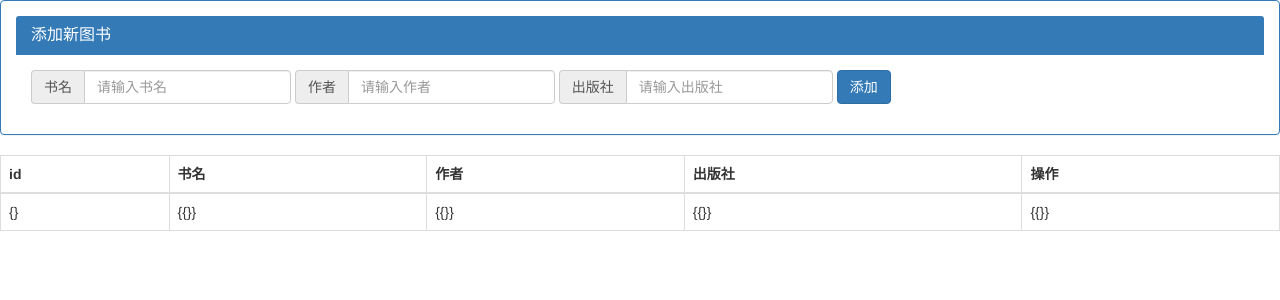
Repository: R1Deemo/ajax
Page: 图书管理.html
The author's editor kept a copy of each file at every save. The page is drawn from the files as they stood at one save, then again after the next save.
The browser window is 1280 px wide. The pictures show the whole page.
The page's requests for data from a server got no answer.

Above is the page before, as saved 2022-10-24 20:13:48.

### 图书管理.html
<!DOCTYPE html>
<html lang="en">

<head>
    <meta charset="UTF-8">
    <meta http-equiv="X-UA-Compatible" content="IE=edge">
    <meta name="viewport" content="width=device-width, initial-scale=1.0">
    <title>Document</title>
    <link rel="stylesheet" href="./lib/bootstrap.css">
    <script src="./lib/jquery.js"></script>
    <script src="./lib/vue.js"></script>
    <style>
        .panel {
            padding: 15px;
        }
    </style>

</head>

<body>
    <div id="main">
        <div class="panel panel-primary">
            <div class="panel-heading">
                <h3 class="panel-title">添加新图书</h3>
            </div>
            <div class="panel-body form-inline">


                <div class="input-group">
                    <div class="input-group-addon">书名</div>
                    <input type="text" class="form-control" id="exampleInputAmount" placeholder="请输入书名">
                </div>
                <div class="input-group">
                    <div class="input-group-addon">作者</div>
                    <input type="text" class="form-control" id="exampleInputAmount" placeholder="请输入作者">
                </div>
                <div class="input-group">
                    <div class="input-group-addon">出版社</div>
                    <input type="text" class="form-control" id="exampleInputAmount" placeholder="请输入出版社">
                </div>
                <button id="btnAdd" class="btn btn-primary">添加</button>
            </div>
        </div>

        <table class="table table-bordered table-hover">
            <thead>
                <tr>
                    <th>id</th>
                    <th>书名</th>
                    <th>作者</th>
                    <th>出版社</th>
                    <th>操作</th>
                </tr>
            </thead>
            <tbody>
                <tr v-for="item in list">
                    <td>{{item}}</td>
                    <td>{{}}</td>
                    <td>{{}}</td>
                    <td>{{}}</td>
                    <td>{{}}</td>
                </tr>
            </tbody>
        </table>
    </div>



</body>
<script>
    let that = this
    var app = new Vue({
        el: '#main',
        data: {
            list: [{

            }]

        }
    })
    $(function() {

        getBookList()

        function getBookList() {
            let that = this
                // 1.发起ajax请求
            $.get('http://www.liulongbin.top:3006/api/getbooks', function(res) {
                if (res.status !== 200) return alert('失败')
                console.log(res.data)
                var book = {}
                book.id = res.data.id
                that.list.push(book)
            })
        }
    })
</script>

</html>

Loaded but not shown: lib/bootstrap.css (library); lib/jquery.js (library); lib/vue.js (library)

After the next save:
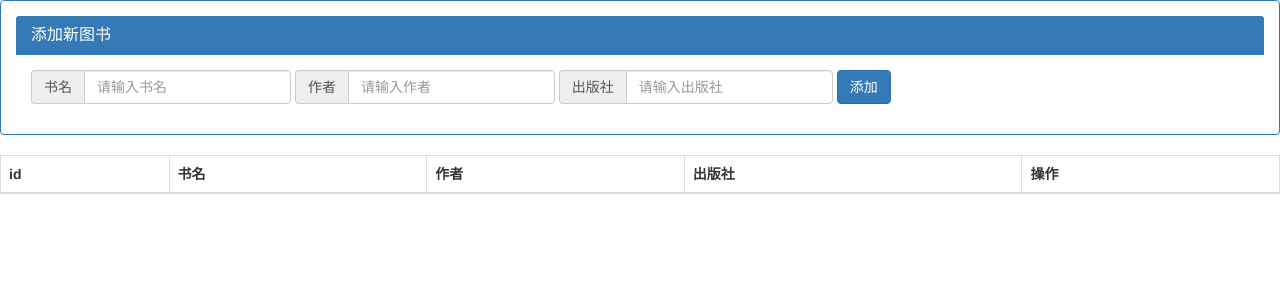
Saved 23 s later.
--- a/图书管理.html
+++ b/图书管理.html
@@ -72,9 +72,7 @@
     var app = new Vue({
         el: '#main',
         data: {
-            list: [{
-
-            }]
+            list: []
 
         }
     })
